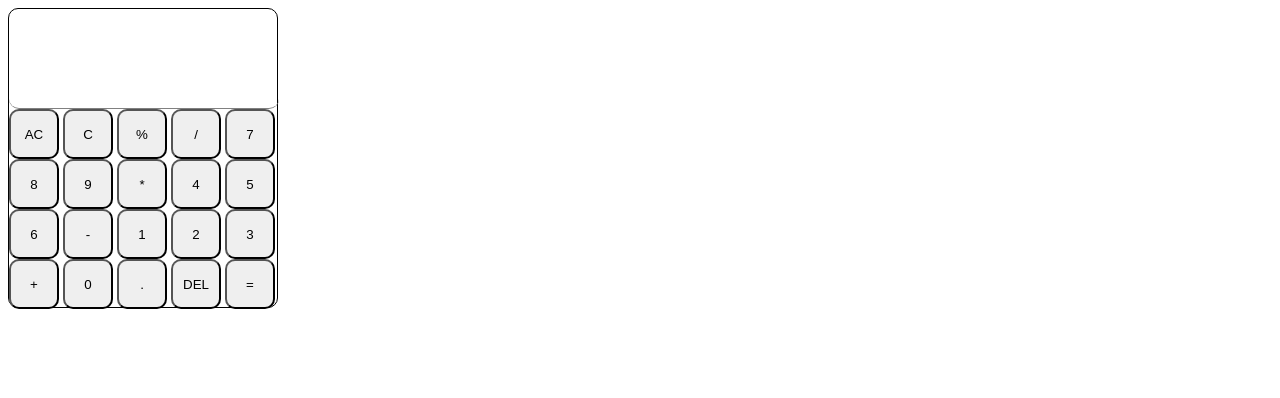
Repository: baziz22/Vanilla_JS_Projects
Page: claculator/index.html
An editor plug-in stored every save of this project. The page is shown before and after the next save, followed by the edit.
The browser window is 1280 px wide. The pictures show the whole page.

Above is the page before, as saved 2022-03-02 02:19:20.
Console error: SyntaxError: Malformed arrow function parameter list

### claculator/index.html
<!DOCTYPE html>
<html lang="en">
  <head>
    <meta charset="UTF-8" />
    <meta http-equiv="X-UA-Compatible" content="IE=edge" />
    <meta name="viewport" content="width=device-width, initial-scale=1.0" />
    <link rel="stylesheet" href="style.css" />
    <script src="script.js" defer></script>
    <title>Calculator</title>
  </head>
  <body>
    <div class="container">
      <div class="wrapper">
        <div id="result">
          <div id="equation"></div>
          <div id="total"></div>
          <div id="temp"></div>
        </div>
        <div id="buttons">
          <button class="btn" all-clear>AC</button>
          <button class="btn" last-entity-clear>C</button>
          <button class="btn" operation>%</button>
          <button class="btn" operation>/</button>
          <button class="btn" number>7</button>
          <button class="btn" number>8</button>
          <button class="btn" number>9</button>
          <button classs="btn" operation>*</button>
          <button class="btn" number>4</button>
          <button class="btn" number>5</button>
          <button class="btn" number>6</button>
          <button class="btn" operation">-</button>
          <button class="btn" number>1</button>
          <button class="btn" number>2</button>
          <button class="btn" number>3</button>
          <button class="btn" operation>+</button>
          <button class="btn" number>0</button>
          <button class="btn" number dot>.</button>
          <button class="btn" value="del" id="delete">DEL</button>
          <button class="btn" equal>=</button>
        </div>
      </div>
    </div>
  </body>
</html>

### claculator/style.css
* {
  box-sizing: border-box;
}
.wrapper {
  border: 1px solid black;
  border-radius: 10px;
  width: 270px;
  height: 300px;
}
button {
  width: 50px;
  height: 50px;
  border-radius: 10px;
}
#result {
  width: 270px;
  height: 100px;
  border-bottom: 1px solid gray;
  border-radius: 10px;
}

### claculator/script.js
const output = document.getElementById('output');
const total = document.getElementById('total');
const reset = document.getElementById('ac');
const btn = document.querySelectorAll('.btn');
const operants = ['=', '+', '-', '*', '/'];
const equalOperation = '=';
function clear() {}
function digitDelete() {}
const operantValue = function (arg, operant) {
  let theOperant = '';
  //console.log('args: ', arg);
  operant.forEach((element, i) => {
    //console.log(i + '. ' + element);
    //console.log('opernat: ', operant);
    if (operant[i] === arg[0]) {
      console.log('this is the operant', operant[i]);
      theOperant = operant[i];
    }
  });
  return theOperant;
};

function appendNumber(d) {
  let digits = [];
  let saveOperants = [];
  let saveDigits = [];
  let outputContents = '';
  console.log('print: ', d);
  if (d.value !== equalOperation) {
    digits.push(d.value);
    let g = operantValue(digits, operants);
    console.log('g: ', g);
    //console.log('digits: ', digits);
    output.innerHTML += digits;
    if (d.value !== g) {
      outputContents += output.textContent;
      console.log(outputContents);
      //saveOutputDigit = outputContents;
      //console.log('s: ',saveOutputDigit);
      out = outputContents.concat();
      console.log('out: ', out);
    }
    if (d.value === g) {
      outputContents = '';
      //saveOutputDigit = '';
      saveOperants.push(g);
      saveDigits.push(Number(out));
      console.log('2. OutputContents: ', out);
      console.log('saveDigits: ', saveDigits);
      //reset outputContent\
      console.log('saveOperants: ', saveOperants);
      //operantValue(digits, operants);
    }
  } else {
    compute();
  }
}
function chooseOperation(operation) {}
function compute() {
  console.log('Final Result');
}
function updateDisplay() {}
let out = '';
let saveOutputDigit = '';


  btn.forEach(element => {
    element.addEventListener('click', appendNumber(element) => {element.value});
  });

After the next save:
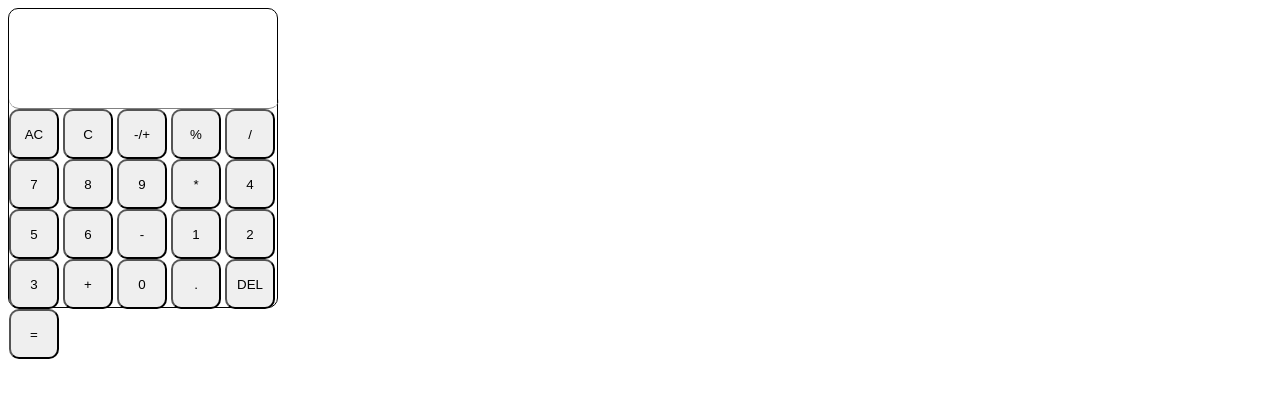
Saved 58 s later.
--- a/claculator/index.html
+++ b/claculator/index.html
@@ -19,6 +19,7 @@
         <div id="buttons">
           <button class="btn" all-clear>AC</button>
           <button class="btn" last-entity-clear>C</button>
+          <button class="btn" operation>-/+</button>
           <button class="btn" operation>%</button>
           <button class="btn" operation>/</button>
           <button class="btn" number>7</button>
